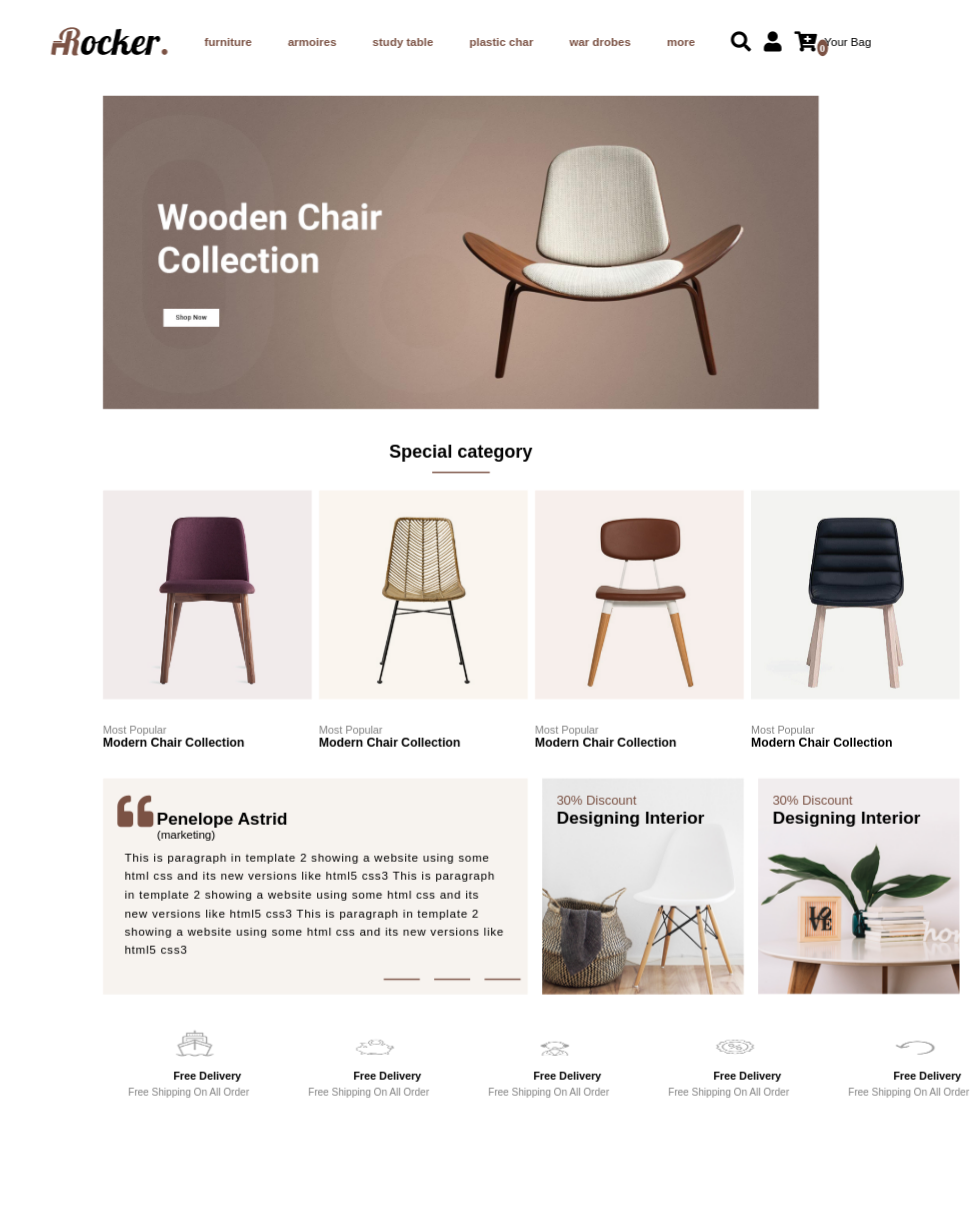
Repository: Ahmed123rezk123/p2-template
Page: index.html
The author's editor kept a copy of each file at every save. The page is drawn from the files as they stood at one save, then again after the next save.
The browser window is 1280 px wide. The page is 1353 px wide, then 1333 px, so the pictures cover 1353 px, including what lies to the right of the window. The pictures show the whole page, at 72% of full size.

Above is the page before, as saved 2024-01-24 23:18:06.

### index.html
<!DOCTYPE html>
<html lang="en">
<head>
   <meta charset="UTF-8">
    <title>Project2</title>
  <link rel="stylesheet" href="css/style.css">
  <link rel="stylesheet" href="css/all.css">
</head>
<body>
    <!-- Header -->
    <header>
        <div class="container">
        <div class="logo">
            <a href="#"><img src="images/logo.png" alt="LOGO"></a>
        </div>
        <nav>
            <ul>
                <li><a href="#" class="active">furniture</a></li>
                <li><a href="#">armoires</a></li>
                <li><a href="#">study table</a></li>
                <li><a href="#">plastic char</a></li>
                <li><a href="#">war drobes</a></li>
                <li><a href="#">more</a></li>
            </ul>
            <div class="icons">
            <i class="fas fa-search"></i>
            <i class="fas fa-user"></i>
            <i class="fas fa-cart-plus i3"></i>
            </div>
        <span>Your Bag</span>
        </nav>
        </div>
    </header>
    <!-- Start Section 1 -->
    <section class="section1">
        <div class="container">
            <img src="images/main-banner-1-1600x700.jpg" alt="">
        </div>
    </section>
    <!-- End Section 1 -->
    <!-- Start Section 2 -->
    <section class="section2">
        <div class="container">
            <div class="div">
            <h2 class="specail">Special category</h2>
            <div class="line"></div>
            </div>
           <div class="parent1">
            <div class="div1">
                <img src="images/category-banner1.jpg" alt="">
                <p>Most Popular</p>
            <h3>Modern Chair Collection</h3>
            </div>
            <div class="div2">
                <img src="images/category-banner2.jpg" alt="">
                <p>Most Popular</p>
                <h3>Modern Chair Collection</h3></div>
            <div class="div3">
                <img src="images/category-banner3.jpg" alt="">
                <p>Most Popular</p>
                <h3>Modern Chair Collection</h3>
            </div>
            <div class="div4">
                <img src="images/category-banner4.jpg" alt="">
                <p>Most Popular</p>
                <h3>Modern Chair Collection</h3>
            </div>
            <div class="div5">
                <i class="fas fa-quote-left comma"></i>
                <h2>Penelope Astrid</h2>
                <span>(marketing)</span>
                <p>This is paragraph in template 2 showing a website using some html css and its new versions like html5 css3 This is paragraph in template 2 showing a website using some html css and its new versions like html5 css3 This is paragraph in template 2 showing a website using some html css and its new versions like html5 css3</p>
                <div class="child"></div>
            </div>
            <div class="div6"></div>
            <div class="div7">
                <p>30% Discount</p>
                <h2>Designing Interior</h2>
            </div>
            <div class="div8">
                <p>30% Discount</p>
                <h2>Designing Interior</h2>
            </div>
            <div class="parent2">
                <div class="div1-1">
                    <img src="images/icon1-1.png" alt="">
                    <div class="content-div1">
                    <h3>Free Delivery</h3>
                    <span>Free Shipping On All Order</span>
                </div>
                </div>
                <div class="div2-1">
                    <img src="images/icon2-1.png" alt="">
                    <div class="content-div2">
                        <h3>Free Delivery</h3>
                        <span>Free Shipping On All Order</span>
                    </div>
                </div>
                <div class="div3-1">
                    <img src="images/icon3-1.png" alt="">
                    <div class="content-div3">
                        <h3>Free Delivery</h3>
                        <span>Free Shipping On All Order</span>
                    </div>
                </div>
                <div class="div4-1">
                    <img src="images/icon4-1.png" alt="">
                    <div class="content-div4">
                        <h3>Free Delivery</h3>
                        <span>Free Shipping On All Order</span>
                    </div>
                </div>
                <div class="div5-1">
                    <img src="images/icon5-1.png" alt="">
                    <div class="content-div5">
                        <h3>Free Delivery</h3>
                        <span>Free Shipping On All Order</span>
                    </div>
                </div>
            </div>
           </div>
        </div>
    </section>
    <!-- End Section 2 -->
</body>
</html>

### css/style.css
/* Start variables */
:root {
    --maincolor: #7b5244;
    --subcolor: #333;
}
/* End variables */
/* Start Global Rules   */
* {
    -webkit-box-sizing: border-box;
    -moz-box-sizing: border-box;
    box-sizing: border-box;
   padding: 0;
   margin: 0;
}
body {
    font-family: Arial, Helvetica, sans-serif;
    perspective: 700px;
    transform-style: preserve-3d;
}
html {
    scroll-behavior: smooth;
}
ul {
    list-style: none;
}
.container {
    width: 80%;
    padding-left: 15px;
    padding-right: 15px;
    margin-left: auto;
    margin-right: auto;
}

/* Small */

@media(min-width: 768px) {
    .container {
       width: 750px;
    }
}

/* Medium */

@media(min-width: 992px) {
    .container {
        width: 970px;
    }
}

/* Large  */

@media(min-width: 1200px) {
    .container {
        width: 1170px;
    }
}
/* End Global Rules   */
/* Start Header */
header .container {
    display: flex;
    justify-content: space-between;
    align-items: center;
    position: relative;
    min-height: 97px;
 }
 header nav {
    flex: 1;
    display: flex;
    align-items: center;
    justify-content: flex-end;
}
 header nav ul {
    display: flex;

}
header nav ul li a {

    display: block;
    color: var(--maincolor);
    text-decoration: none;
    font-size: 16px;
    font-weight: bold;
    padding: 50px 0px;
    margin-right: 50px;
}

/* header nav ul li a:hover::before{
content: "";
position: absolute;
border-left: 2px solid var(--maincolor);
border-right: 2px solid var(--maincolor);
width: 60px;
height: 35px;

}  */
header nav .icons {
    font-weight: bold;
    font-size: 28px;
   word-spacing: 10px;
   margin-right: 10px;
}
header nav .icons .i3::after {
    position: absolute;
    content: "0";
    background-color: #7b5244;
    color: #fff;
    padding: 4px;
    border-radius: 50%;
    font-size: 15px;
    bottom: 40px;
    right: 75px;

}
/* End Header */


/* Start section 1 */
.section1 .container {
    width: 80%;
    position: relative;
    margin-top: 15px;
    margin-bottom: 40px;
    margin-left: auto;
    margin-right: auto;

}
.section1 .container img{
 width: 100%;
}
/* End section 1 */


/* Start Section 2 */
.section2 .container {
    width: 80%;
    position: relative;
}
.section2 .container .div {
    margin: 40px auto;
}
.section2 .container .specail {
    text-align: center;
    font-size: 25px;
}
.section2 .container .line {
 position: relative;
}
.section2 .container .line::before {
    content: "";
    position: absolute;
    width: 8%;
    height: 2px;
    background-color: var(--maincolor);
    top: 50%;
    left: 50%;
    transform: translate(-50%,-50%);
    margin: 15px 0;
    transition: .5s;
}
.section2 .container .div:hover  .line::before {
    content: "";
    position: absolute;
    width: 13%;
    height: 2px;
    background-color: var(--maincolor);
    top: 50%;
    left: 50%;
    transform: translate(-50%,-50%);
    margin: 15px 0;
}
.section2 .container .parent1 {
    width: 80%;
    display: grid;
    grid-template-columns: 200px 200px 200px 200px;
    grid-template-rows: 250px 250px;
   grid-gap: 150px 100px;
}
.section2 .container .parent1 img {
    width: 290px ;
    height: 290px;
    margin-bottom: 30px;
}
.section2 .container .parent1 p {
    color: gray;
    font-size: 15px;
}
.section2 .container .parent1 h3 {
    font-size: 17px;
}
.section2 .container .parent1 .div1,
.section2 .container .parent1 .div2,
.section2 .container .parent1 .div3,
.section2 .container .parent1 .div4 {
    position: relative;
}
.section2 .container .parent1 .div1:hover::before {
position: absolute;
content: " > ";
width: 30px;
height: 30px;
background-color: brown;
color: white;
text-align: center;
font-size: 25px;
top: 330px;
left: 260px;
}
.section2 .container .parent1 .div2:hover::before {
    position: absolute;
    content: " > ";
    width: 30px;
    height: 30px;
    background-color: brown;
    color: white;
    text-align: center;
    font-size: 25px;
    top: 330px;
    left: 260px;
}
.section2 .container .parent1 .div3:hover::before {
    position: absolute;
    content: " > ";
    width: 30px;
    height: 30px;
    background-color: brown;
    color: white;
    text-align: center;
    font-size: 25px;
    top: 330px;
    left: 260px;
    }
.section2 .container .parent1 .div4:hover::before {
    position: absolute;
    content: " > ";
    width: 30px;
    height: 30px;
    background-color: brown;
    color: white;
    text-align: center;
    font-size: 25px;
    top: 330px;
    left: 260px;
    }
    .section2 .container .parent1 .div5 {
        width: 590px;
        height: 300px;
        position: relative;
        background-color: #f7f3ef;
        padding: 20px;
        grid-column: 1 / 3;
        grid-row: 2 / 3;
    }
    .section2 .container .parent1 .div5 .comma {
       font-size: 50px;
       color: var(--maincolor);
    }
    .section2 .container .parent1 .div5 h2 {
        display: inline-flex;
    }
    .section2 .container .parent1 .div5 span {
        display: block;
        margin-left: 55px;
    }
    .section2 .container .parent1 .div5 p {
        margin: 10px;
        color: black;
        font-size: 16px;
        line-height: 1.6;
        letter-spacing: 1.1px;
    }
    .section2 .container .parent1 .div5::before {
        content: "";
        position: absolute;
        width: 50px;
        height: 2px;
        background-color: var(--maincolor);
        bottom: 20px;
        right: 10px;

    }
    .section2 .container .parent1 .div5::after {
        content: "";
        position: absolute;
        width: 50px;
        height: 2px;
        background-color: var(--maincolor);
        bottom: 20px;
        right: 80px;

    }
    .section2 .container .parent1 .div5 .child::before {
        content: "";
        position: absolute;
        width: 50px;
        height: 2px;
        background-color: var(--maincolor);
        bottom: 20px;
        right: 150px;

    }
    .section2 .container .parent1 .div7 {
        width: 280px;
        height: 300px;
        position: relative;
        background-image: url(../images/cms-banner-1.jpg);
        background-size: cover;
        margin-left: 10px;
        grid-column: 3 / 4;
        grid-row: 2 / 4;
        transition: .5s;
    }

    .section2 .container .parent1 .div8 {
        width: 280px;
        height: 300px;
        position: relative;
        background-image: url(../images/cms-banner-2.jpg);
        background-size: cover;
        margin-left: 10px;
        grid-column: 4 / 5;
        grid-row: 2 / 5;
        transition: .5s;
    }
    .section2 .container .parent1 .div7 p,
    .section2 .container .parent1 .div8 p {
        padding-left: 20px;
        padding-top: 20px;
        font-size: 18px;
        color: var(--maincolor);
    }
    .section2 .container .parent1 .div7 h2,
    .section2 .container .parent1 .div8 h2 {
        padding-left: 20px;
    }
    .section2 .container .parent1 .div7:hover,
    .section2 .container .parent1 .div8:hover
    {
        /* width: 280px;
        height: 300px; */
        transform: scale( 1.1 , 1.1 );
    }
    .section2 .container .parent1 .parent2 {
        position: relative;
        display: flex;
        justify-content: space-between;
        margin-top: -50px;
        margin-left: -200px;
    }

    .section2 .container .parent1 .parent2 .div1-1,
    .section2 .container .parent1 .parent2 .div2-1,
    .section2 .container .parent1 .parent2 .div3-1,
    .section2 .container .parent1 .parent2 .div4-1,
    .section2 .container .parent1 .parent2 .div5-1 {
         margin-right: 140px;
     }
    .section2 .container .parent1 .parent2 .div1-1 .content-div1 ,
    .section2 .container .parent1 .parent2 .div2-1 .content-div2 ,
    .section2 .container .parent1 .parent2 .div3-1 .content-div3 ,
    .section2 .container .parent1 .parent2 .div4-1 .content-div4 ,
    .section2 .container .parent1 .parent2 .div5-1 .content-div5   {

         width: 130px;
         margin-top: -30px;
         margin-left: -20px;

    }

    .section2 .container .parent1 .parent2 .div1-1 h3,
    .section2 .container .parent1 .parent2 .div2-1 h3,
    .section2 .container .parent1 .parent2 .div3-1 h3,
    .section2 .container .parent1 .parent2 .div4-1 h3,
    .section2 .container .parent1 .parent2 .div5-1 h3 {
        font-size: 15px;
        text-align: center;
        margin-bottom: 5px;
    }
    .section2 .container .parent1 .parent2 .div1-1 span ,
    .section2 .container .parent1 .parent2 .div2-1 span ,
    .section2 .container .parent1 .parent2 .div3-1 span  ,
    .section2 .container .parent1 .parent2 .div4-1 span ,
    .section2 .container .parent1 .parent2 .div5-1 span  {
        margin-left: -45px;
        color: gray;
        font-size: 14px;
    }
    .section2 .container .parent1 .parent2 img {


        width: 55px;
        height: 50px;
    }

/* End Section 2 */

Loaded but not shown: css/all.css (library)

After the next save:
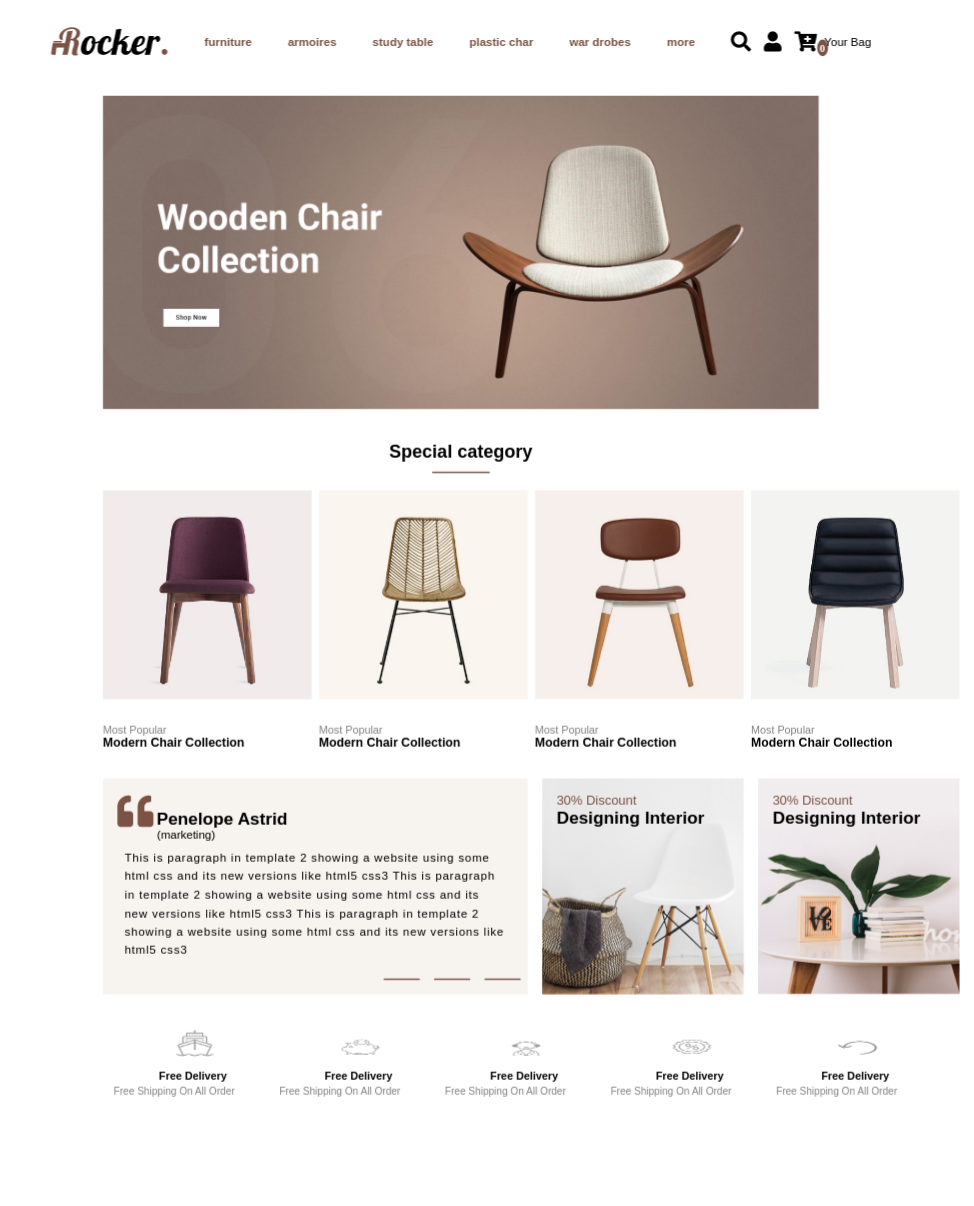
Saved 7 s later.
--- a/css/style.css
+++ b/css/style.css
@@ -362,7 +362,7 @@ left: 260px;
 
          width: 130px;
          margin-top: -30px;
-         margin-left: -20px;
+         margin-left: -40px;
 
     }
 
